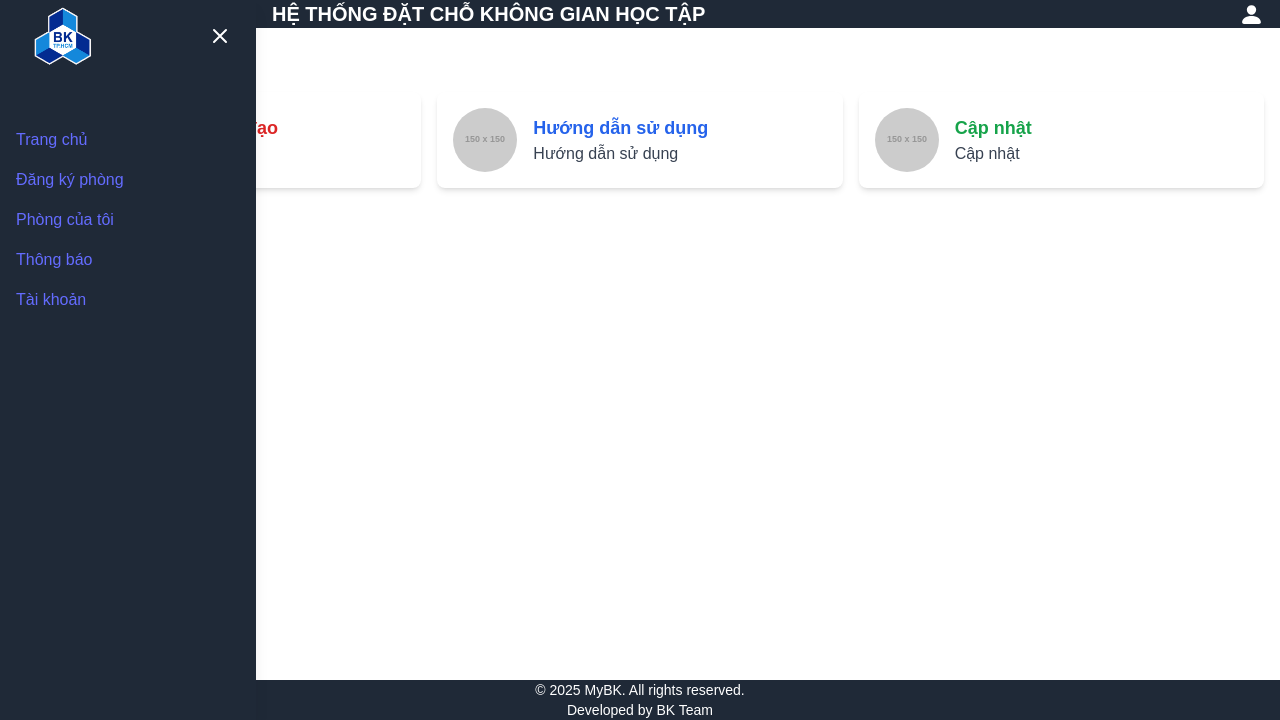
Repository: CNPM-S3MRS/frontend-web
Page: /homepage
The author's editor kept a copy of each file at every save. The page is drawn from the files as they stood at one save, then again after the next save.
The browser window is 1280 px wide. The pictures show the whole page.
The project was rebuilt for these pictures with package versions that can differ from the ones it lists, and the page was loaded fresh each time. Also part of the build but not shown: vite.config.js, src/pages/auth/Login.jsx, src/components/card/NotificationCard.jsx, src/components/pagination/Pagination.jsx, src/components/dropdownmenu/DropdownList.jsx, src/pages/notification/notification.jsx.

Above is the page before, as saved 2025-04-10 23:22:14.

After the next save:
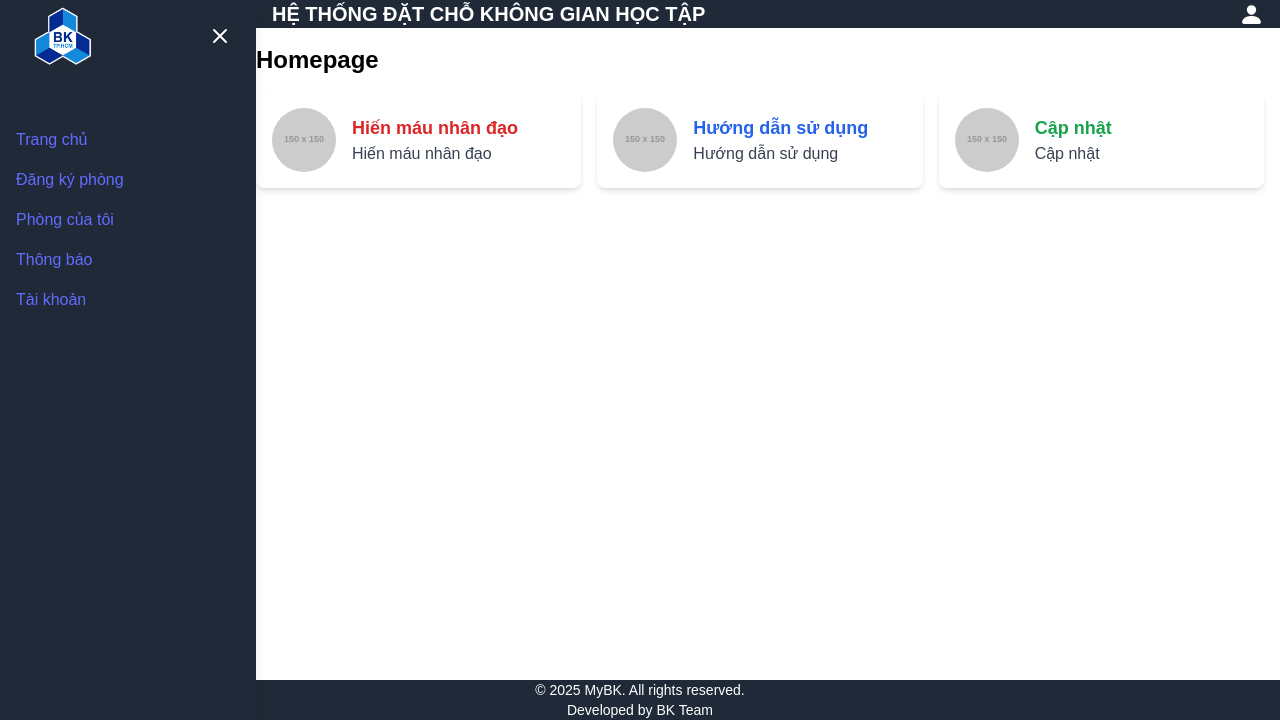
Saved 3 min 20 s later.
--- a/src/pages/homepage/Homepage.jsx
+++ b/src/pages/homepage/Homepage.jsx
@@ -17,7 +17,11 @@
         <Sidebar isSidebarOpen={isSidebarOpen} setIsSidebarOpen={setIsSidebarOpen} />
 
         {/* Main Content */}
-        <div className="flex-grow p-4">
+        <div
+          className={`flex-grow p-4 transition-all duration-300 ${
+            isSidebarOpen ? "lg:pl-64" : "pl-4"
+          }`}
+        >
           <h1 className="text-2xl font-bold mb-4">Homepage</h1>
           {/* Display Cards */}
           <div className="grid grid-cols-1 sm:grid-cols-2 lg:grid-cols-3 gap-4">

After the 3 saves that followed:
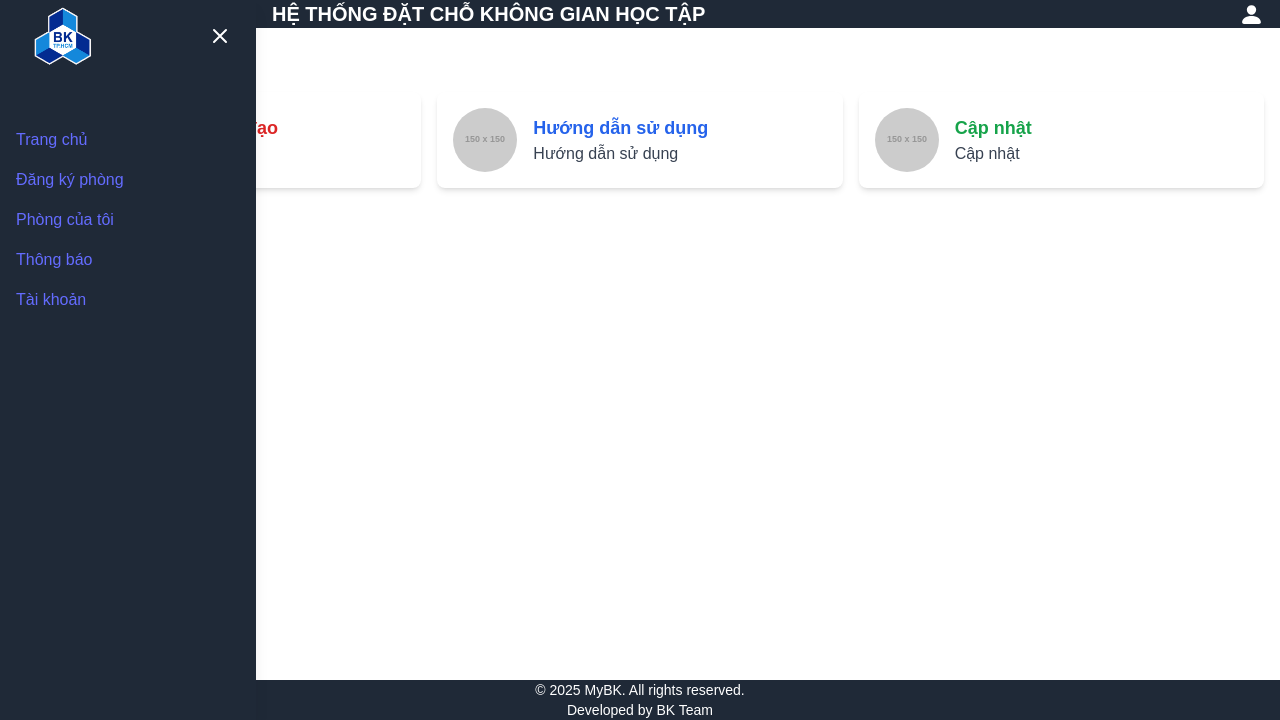
The 3 saves are shown as one change because 2 left the picture as it was.
The last was saved 44 s later.
--- a/src/pages/homepage/Homepage.jsx
+++ b/src/pages/homepage/Homepage.jsx
@@ -19,7 +19,7 @@
         {/* Main Content */}
         <div
           className={`flex-grow p-4 transition-all duration-300 ${
-            isSidebarOpen ? "lg:pl-64" : "pl-4"
+            isSidebarOpen ? "lg:pl-70" : "pl-4"
           }`}
         >
           <h1 className="text-2xl font-bold mb-4">Homepage</h1>
